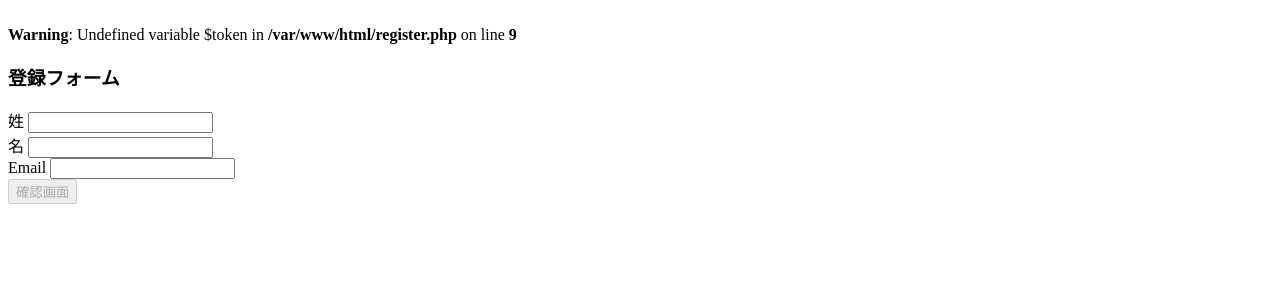
Repository: yoshiryoryo/phpform
Page: http://localhost/register.php
An editor plug-in stored every save of this project. The page is shown before and after the next save, followed by the edit.
The browser window is 1280 px wide. The pictures show the whole page.
The page is run by PHP 8.4 with error messages shown; the project is at /var/www/html/.

Above is the page before, as saved 2021-02-24 11:54:53.

### register.php
<?php
session_start();
function generateToken()
{
    $bytes = openssl_random_pseudo_bytes(16);
    return bin2hex($bytes);
}
$teken = generateToken();
$_SESSION['token'] = $token;
?>

<!DOCTYPE html>
<html lang="ja">

<head>
    <meta charset="UTF-8">
    <meta name="viewport" content="width=device-width, initial-scale=1.0">
    <title>Javascript Validation Test</title>
    <style>

        /* inputのborderの色 */
        .success {
            border: 2px solid green;
        }

        .error {
            border: 2px solid red;
        }

        /* エラーメッセージの非表示 */
        #name_1-error-message {
            display: none;
        }

        #name_2-error-message {
            display: none;
        }

        #email-error-message {
            display: none;
        }

    </style>
</head>

<body>
    <div class="container">
        <h3>登録フォーム</h3>
        <form id="form">
            <input type="hidden" name="token" value="<?=$token?>">
            <div>
                <label>姓</label>
                <input type="name" name="name_1" id="name_1">
                <span id="name_1-error-message">全角カナで入力してください</span>
            </div>
            <div>
                <label>名</label>
                <input type="name" name="name_2" id="name_2">
                <span id="name_2-error-message">全角カナで入力してください</span>
            </div>
            <div>
                <label>Email</label>
                <input type="text" name="email" id="email">
                <span id="email-error-message">Emailの形式ではありません</span>
            </div>
            <div>
                <button id="btn">確認画面</button>
            </div>
        </form>
    </div>
    <script>

        //Element取得

        //form
        const form = document.getElementById("form");
        //form element
        const name_1 = document.getElementById("name_1");
        const name_2 = document.getElementById("name_2");
        const email = document.getElementById("email");
        //error message
        const name_1_error_message = document.getElementById("name_1-error-message")
        const name_2_error_message = document.getElementById("name_2-error-message")
        const email_error_message = document.getElementById("email-error-message")
        //button
        const btn = document.getElementById("btn");

        //バリデーションパターン
        const nameExp = /^[ァ-ヶー　]+$/;
        const emailExp = /^[A-Za-z0-9]{1}[A-Za-z0-9_.-]*@{1}[A-Za-z0-9_.-]{1,}\.[A-Za-z0-9]{1,}$/;

        //初期状態設定
        btn.disabled = true;

        //event

        //name_1
        name_1.addEventListener("keyup", e => {
            if (nameExp.test(name_1.value)) {
                name_1.setAttribute("class", "success");
                name_1_error_message.style.display = "none";
            } else {
                name_1.setAttribute("class", "error");
                name_1_error_message.style.display = "inline";
            }
            console.log(name_1.getAttribute("class").includes("success"));
            checkSuccess();
        })

        //name_2
        name_2.addEventListener("keyup", e => {
            if (nameExp.test(name_1.value)) {
                name_2.setAttribute("class", "success");
                name_2_error_message.style.display = "none";
            } else {
                name_2.setAttribute("class", "error");
                name_2_error_message.style.display = "inline";
            }
            console.log(name_2.getAttribute("class").includes("success"));
            checkSuccess();
        })

        //email
        email.addEventListener("keyup", e => {
            if (emailExp.test(email.value)) {
                email.setAttribute("class", "success");
                email_error_message.style.display = "none";
            } else {
                email.setAttribute("class", "error");
                email_error_message.style.display = "inline";
            }
            checkSuccess();
        })


        //ボタンのdisabled制御
        const checkSuccess = () => {
            if (name_1.value && name_2.value && email.value) {
                if (name_1.getAttribute("class").includes("success")
                    && name_2.getAttribute("class").includes("success")
                    && email.getAttribute("class").includes("success")
                   ) {
                    btn.disabled = false;
                } else {
                    btn.disabled = true;
                }
            }
        }

        //submit
        btn.addEventListener("click", e => {
            e.preventDefault();
            form.method = "post";
            form.action = "confirm.php";
            form.submit();
        })

    </script>
</body>

</html>

After the next save:
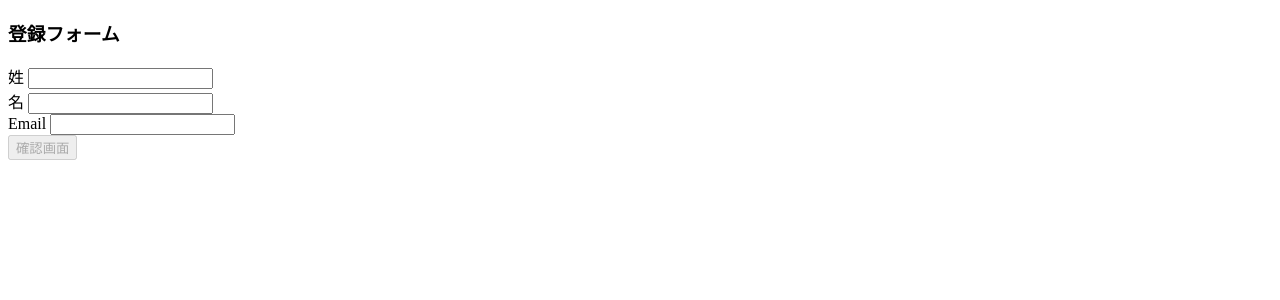
Saved 74 s later.
--- a/register.php
+++ b/register.php
@@ -5,7 +5,7 @@ function generateToken()
     $bytes = openssl_random_pseudo_bytes(16);
     return bin2hex($bytes);
 }
-$teken = generateToken();
+$token = generateToken();
 $_SESSION['token'] = $token;
 ?>
 
